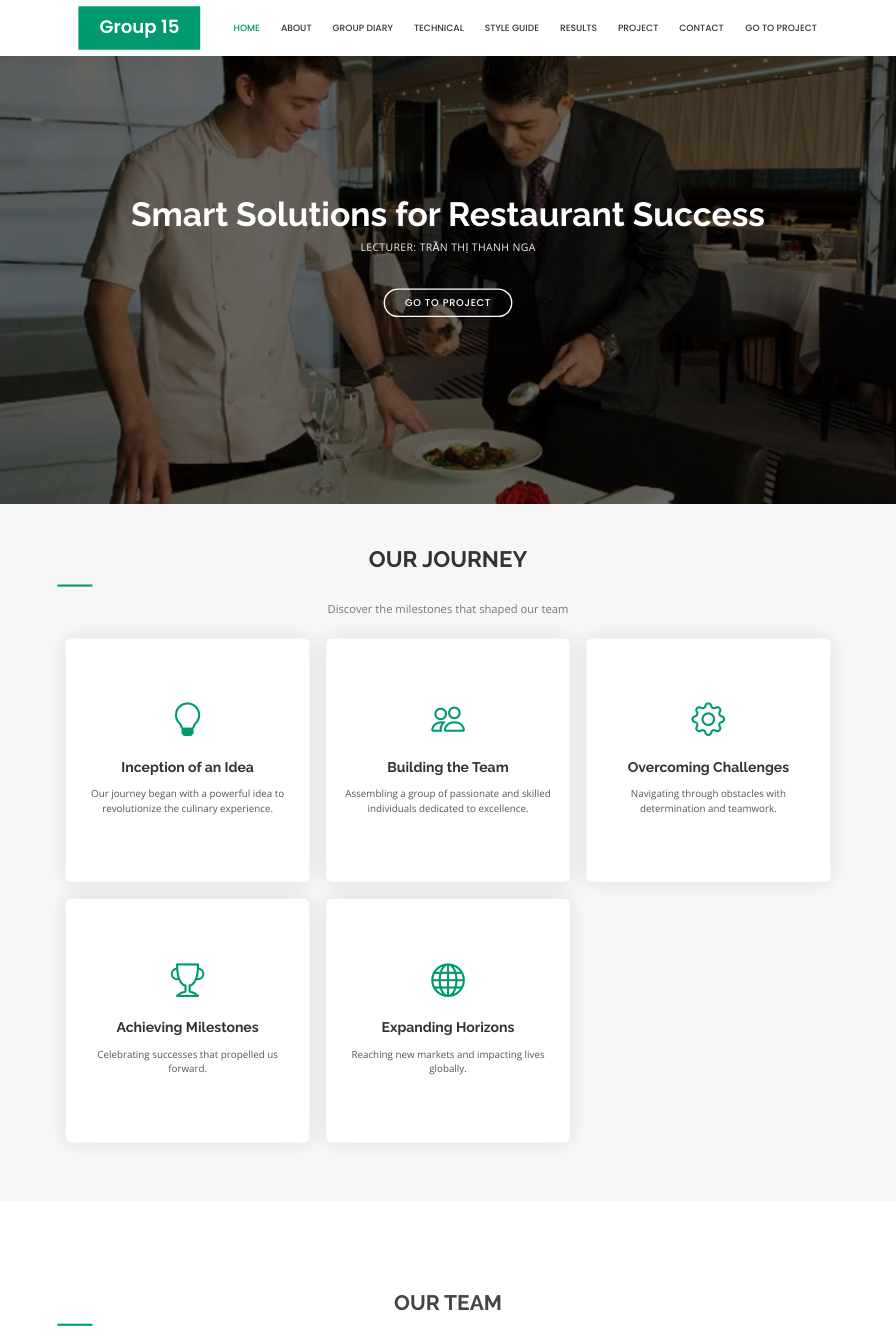
Repository: HoangKhangKhuPho4/Group_Web
Page: index.html
An editor plug-in stored every save of this project. The page is shown before and after the next save, followed by the edit.
The browser window is 1280 px wide. The pictures show the part of the page from y = 0 to 1920 px (the page is 2787 px tall), at 70% of full size.
Backgrounds fixed to the window are drawn as part of the page.

Above is the page before, as saved 2024-12-06 14:59:14.

### index.html
<!DOCTYPE html>
<html lang="en">
  <head>
    <!-- Google Tag Manager -->
    <script>
      (function (w, d, s, l, i) {
        w[l] = w[l] || [];
        w[l].push({ "gtm.start": new Date().getTime(), event: "gtm.js" });
        var f = d.getElementsByTagName(s)[0],
          j = d.createElement(s),
          dl = l != "dataLayer" ? "&l=" + l : "";
        j.async = true;
        j.src = "https://www.googletagmanager.com/gtm.js?id=" + i + dl;
        f.parentNode.insertBefore(j, f);
      })(window, document, "script", "dataLayer", "GTM-KP2R47JB");
    </script>
    <!-- End Google Tag Manager -->

    <meta
      name="google-site-verification"
      content="EO8Nf8U0RywdH3XDIGdBO9ayEUmYV3Sa4KyZ9BoOK-Y"
    />
    <meta charset="utf-8" />
    <meta content="width=device-width, initial-scale=1.0" name="viewport" />
    <meta
      name="google-site-verification"
      content="NlS1kOlcOLN_zi65x2N4-Xf35p3_Yhxgn-Sx0oEMzRE"
    />

    <title>Group 15</title>
    <meta content="" name="description" />
    <meta content="" name="keywords" />

    <!-- Favicons -->
    <link href="assets/img/favicon.png" rel="icon" />
    <link href="assets/img/apple-touch-icon.png" rel="apple-touch-icon" />

    <!-- Google Fonts -->
    <link
      href="https://fonts.googleapis.com/css?family=Open+Sans:300,300i,400,400i,600,600i,700,700i|Raleway:300,300i,400,400i,500,500i,600,600i,700,700i|Poppins:300,300i,400,400i,500,500i,600,600i"
      rel="stylesheet"
    />

    <!-- Vendor CSS Files -->
    <link href="assets/vendor/aos/aos.css" rel="stylesheet" />
    <link
      href="assets/vendor/bootstrap/css/bootstrap.min.css"
      rel="stylesheet"
    />
    <link
      href="assets/vendor/bootstrap-icons/bootstrap-icons.css"
      rel="stylesheet"
    />
    <link href="assets/vendor/boxicons/css/boxicons.min.css" rel="stylesheet" />
    <link
      href="assets/vendor/glightbox/css/glightbox.min.css"
      rel="stylesheet"
    />
    <link href="assets/vendor/remixicon/remixicon.css" rel="stylesheet" />
    <link href="assets/vendor/swiper/swiper-bundle.min.css" rel="stylesheet" />

    <!-- Template Main CSS File -->
    <link href="assets/css/style.css" rel="stylesheet" />

    <!-- Custom CSS -->
  </head>

  <body>
    <!-- Google Tag Manager (noscript) -->
    <noscript
      ><iframe
        src="https://www.googletagmanager.com/ns.html?id=GTM-KP2R47JB"
        height="0"
        width="0"
        style="display: none; visibility: hidden"
      ></iframe
    ></noscript>
    <!-- End Google Tag Manager (noscript) -->

    <!-- ======= Header ======= -->
    <header id="header" class="fixed-top d-flex align-items-center">
      <div class="container">
        <div
          class="header-container d-flex align-items-center justify-content-between"
        >
          <div class="logo">
            <h1 class="text-light">
              <a href="index.html"><span>Group 15</span></a>
            </h1>
          </div>

          <nav id="navbar" class="navbar">
            <ul>
              <li><a class="nav-link scrollto active" href="index.html">Home</a></li>
              <li><a class="nav-link scrollto" href="about.html">About</a></li>
              <li><a class="nav-link scrollto" href="groupDiary.html">Group Diary</a></li>
              <li><a class="nav-link scrollto" href="technical.html">Technical</a></li>
              <li><a class="nav-link scrollto" href="styleguide.html">Style Guide</a></li>
              <li><a class="nav-link scrollto" href="results.html">Results</a></li>
              <li><a class="nav-link scrollto" href="project.html">Project</a></li>
              <li><a class="nav-link scrollto" href="contact.html">Contact</a></li>
            </ul>
            <a href="https://hoangkhangkhupho4.github.io/Project_Web/" target="_blank" class="btn btn-green">Go To Project</a>
            <i class="bi bi-list mobile-nav-toggle"></i>
          </nav>

          <!-- .navbar -->
        </div>
        <!-- End Header Container -->
      </div>
    </header>
    <!-- End Header -->

    <!-- Bắt đầu phần nội dung chính -->
    <div class="content-wrap">
      <!-- ======= Hero Section ======= -->
      <section
        id="hero"
        class="d-flex align-items-center"
        style="padding-top: 80px"
      >
        <div
          class="container text-center position-relative"
          data-aos="fade-in"
          data-aos-delay="200"
        >
          <h1>Smart Solutions for Restaurant Success</h1>
          <h2>Lecturer: Trần Thị Thanh Nga</h2>
          <a
            href="https://hoangkhangkhupho4.github.io/Project_Web/"
            target="_blank"
            class="btn-get-started scrollto"
            >Go To Project</a
          >
        </div>
      </section>
      <!-- End Hero -->

      <main id="main">
        <!-- ======= Our Journey Section ======= -->
        <section id="our-team-story" class="our-team-story">
          <div class="container" data-aos="fade-up">
            <div class="section-title text-center">
              <h2>Our Journey</h2>
              <p>Discover the milestones that shaped our team</p>
            </div>

            <div class="story-container">
              <div class="row">
                <!-- Story Item 1 -->
                <div class="col-lg-4 col-md-6 mb-4">
                  <div
                    class="story-item"
                    data-aos="fade-up"
                    data-aos-delay="100"
                  >
                    <div class="icon-box">
                      <div class="icon">
                        <i class="bi bi-lightbulb"></i>
                      </div>
                      <h4 class="title">Inception of an Idea</h4>
                      <p class="description">
                        Our journey began with a powerful idea to revolutionize
                        the culinary experience.
                      </p>
                    </div>
                  </div>
                </div>

                <!-- Story Item 2 -->
                <div class="col-lg-4 col-md-6 mb-4">
                  <div
                    class="story-item"
                    data-aos="fade-up"
                    data-aos-delay="200"
                  >
                    <div class="icon-box">
                      <div class="icon">
                        <i class="bi bi-people"></i>
                      </div>
                      <h4 class="title">Building the Team</h4>
                      <p class="description">
                        Assembling a group of passionate and skilled individuals
                        dedicated to excellence.
                      </p>
                    </div>
                  </div>
                </div>

                <!-- Story Item 3 -->
                <div class="col-lg-4 col-md-6 mb-4">
                  <div
                    class="story-item"
                    data-aos="fade-up"
                    data-aos-delay="300"
                  >
                    <div class="icon-box">
                      <div class="icon">
                        <i class="bi bi-gear"></i>
                      </div>
                      <h4 class="title">Overcoming Challenges</h4>
                      <p class="description">
                        Navigating through obstacles with determination and
                        teamwork.
                      </p>
                    </div>
                  </div>
                </div>

                <!-- Story Item 4 -->
                <div class="col-lg-4 col-md-6 mb-4">
                  <div
                    class="story-item"
                    data-aos="fade-up"
                    data-aos-delay="400"
                  >
                    <div class="icon-box">
                      <div class="icon">
                        <i class="bi bi-trophy"></i>
                      </div>
                      <h4 class="title">Achieving Milestones</h4>
                      <p class="description">
                        Celebrating successes that propelled us forward.
                      </p>
                    </div>
                  </div>
                </div>

                <!-- Story Item 5 -->
                <div class="col-lg-4 col-md-6 mb-4">
                  <div
                    class="story-item"
                    data-aos="fade-up"
                    data-aos-delay="500"
                  >
                    <div class="icon-box">
                      <div class="icon">
                        <i class="bi bi-globe"></i>
                      </div>
                      <h4 class="title">Expanding Horizons</h4>
                      <p class="description">
                        Reaching new markets and impacting lives globally.
                      </p>
                    </div>
                  </div>
                </div>
              </div>
            </div>
          </div>
        </section>
        <!-- End Our Journey Section -->

        <!-- ======= Our Team Section ======= -->
        <section
          id="portfolio-details"
          class="portfolio-details"
          style="margin-top: 4%"
        >
          <div class="container">
            <div class="section-title text-center">
              <h2 style="font-size: 30px; padding: 15px 30px">
                <b>OUR TEAM</b>
              </h2>
            </div>

            <div class="row gy-4">
              <div class="col-lg-6">
                <div class="portfolio-details-slider swiper">
                  <div class="swiper-wrapper align-items-center">
                    <div class="swiper-slide">
                      <img
                        src="assets/img/portfolio/portfolio-details-1.jpg"
                        alt=""
                      />
                    </div>

                    <div class="swiper-slide">
                      <img
                        src="assets/img/portfolio/portfolio-details-2.jpg"
                        alt=""
                      />
                    </div>

                    <div class="swiper-slide">
                      <img
                        src="assets/img/portfolio/portfolio-details-3.jpg"
                        alt=""
                      />
                    </div>
                  </div>
                  <div class="swiper-pagination"></div>
                </div>
              </div>

              <div class="col-lg-6">
                <div class="portfolio-info">
                  <h3>Group Information</h3>
                  <ul>
                    <li><strong>Group Name</strong>: Group 15</li>
                    <li><strong>Number of Members</strong>: 5 members</li>
                    <li>
                      <strong>Specialization</strong>: information technology -
                      IT
                    </li>
                    <li>
                      <strong>University</strong>: Ho Chi Minh City University
                      of Agriculture and Forestry.
                    </li>
                    <li>
                      <strong>Slogan</strong>: "Together we innovate, together
                      we succeed."
                    </li>
                  </ul>
                </div>
              </div>
            </div>
          </div>
        </section>
        <!-- End Our Team Section -->
      </main>
      <!-- End #main -->
    </div>
    <!-- Kết thúc phần nội dung chính -->

    <!-- ======= Footer ======= -->
    <footer id="footer">
      <!-- ... (giữ nguyên nội dung footer) ... -->
      <div class="footer-container">
        <div class="footer-column">
          <h4>About Us</h4>
          <p>
            We are a team of passionate individuals dedicated to delivering the
            best services to our clients. Our mission is to provide innovative
            solutions and exceptional customer service.
          </p>
        </div>
        <div class="footer-column">
          <h4>Useful Links</h4>
          <ul>
            <li><a href="index.html">Home</a></li>
            <li><a href="about.html">About Us</a></li>
            <li><a href="services.html">Services</a></li>
            <li><a href="terms.html">Terms of Service</a></li>
            <li><a href="privacy.html">Privacy Policy</a></li>
          </ul>
        </div>
        <div class="footer-column">
          <h4>Services</h4>
          <ul>
            <li><a href="#">Web Design</a></li>
            <li><a href="#">Web Development</a></li>
            <li><a href="#">Marketing</a></li>
            <li><a href="#">Graphic Design</a></li>
            <li><a href="#">Technical Support</a></li>
          </ul>
        </div>
        <div class="footer-column">
          <h4>Contact Us</h4>
          <p>
            123 ABC Street, XYZ District<br />
            City, Country<br />
            Phone: +84 123 456 789<br />
            Email: info@example.com
          </p>
        </div>
      </div>
      <div class="footer-bottom">
        <div class="container d-md-flex py-4">
          <div class="me-md-auto text-center text-md-start">
            <div class="copyright">
              &copy; Copyright <strong><span>Group 15</span></strong
              >. All Rights Reserved
            </div>
            <div class="credits">Designed by <a href="#">Group 15</a></div>
          </div>
          <div class="social-links text-center text-md-right pt-3 pt-md-0">
            <a href="#" class="twitter" title="Twitter"
              ><i class="bx bxl-twitter"></i
            ></a>
            <a href="#" class="facebook" title="Facebook"
              ><i class="bx bxl-facebook"></i
            ></a>
            <a href="#" class="instagram" title="Instagram"
              ><i class="bx bxl-instagram"></i
            ></a>
            <a href="#" class="google-plus" title="Skype"
              ><i class="bx bxl-skype"></i
            ></a>
            <a href="#" class="linkedin" title="LinkedIn"
              ><i class="bx bxl-linkedin"></i
            ></a>
          </div>
        </div>
      </div>
    </footer>
    <!-- End Footer -->

    <!-- Back to Top -->
    <a
      href="#"
      class="back-to-top d-flex align-items-center justify-content-center"
      ><i class="bi bi-arrow-up-short"></i
    ></a>

    <!-- Vendor JS Files -->
    <script src="assets/vendor/aos/aos.js"></script>
    <script src="assets/vendor/bootstrap/js/bootstrap.bundle.min.js"></script>
    <script src="assets/vendor/purecounter/purecounter.js"></script>
    <script src="assets/vendor/glightbox/js/glightbox.min.js"></script>
    <script src="assets/vendor/isotope-layout/isotope.pkgd.min.js"></script>
    <script src="assets/vendor/swiper/swiper-bundle.min.js"></script>
    <!-- Template Main JS File -->
    <script src="assets/js/main.js"></script>

    <!-- Initialize AOS -->
    <script>
      AOS.init({
        duration: 1000,
        once: true,
      });
    </script>
  </body>
</html>

Loaded but not shown: assets/vendor/aos/aos.css (library); assets/vendor/bootstrap/css/bootstrap.min.css (library); assets/vendor/bootstrap-icons/bootstrap-icons.css (library); assets/vendor/boxicons/css/boxicons.min.css (library); assets/vendor/glightbox/css/glightbox.min.css (library); assets/vendor/remixicon/remixicon.css (library); assets/vendor/swiper/swiper-bundle.min.css (library); assets/vendor/aos/aos.js (library); assets/vendor/bootstrap/js/bootstrap.bundle.min.js (library); assets/vendor/purecounter/purecounter.js (library); assets/vendor/glightbox/js/glightbox.min.js (library); assets/vendor/isotope-layout/isotope.pkgd.min.js (library); assets/vendor/swiper/swiper-bundle.min.js (library); assets/js/main.js (252 lines, source omitted); assets/css/style.css (830 lines, source omitted)

After the next save:
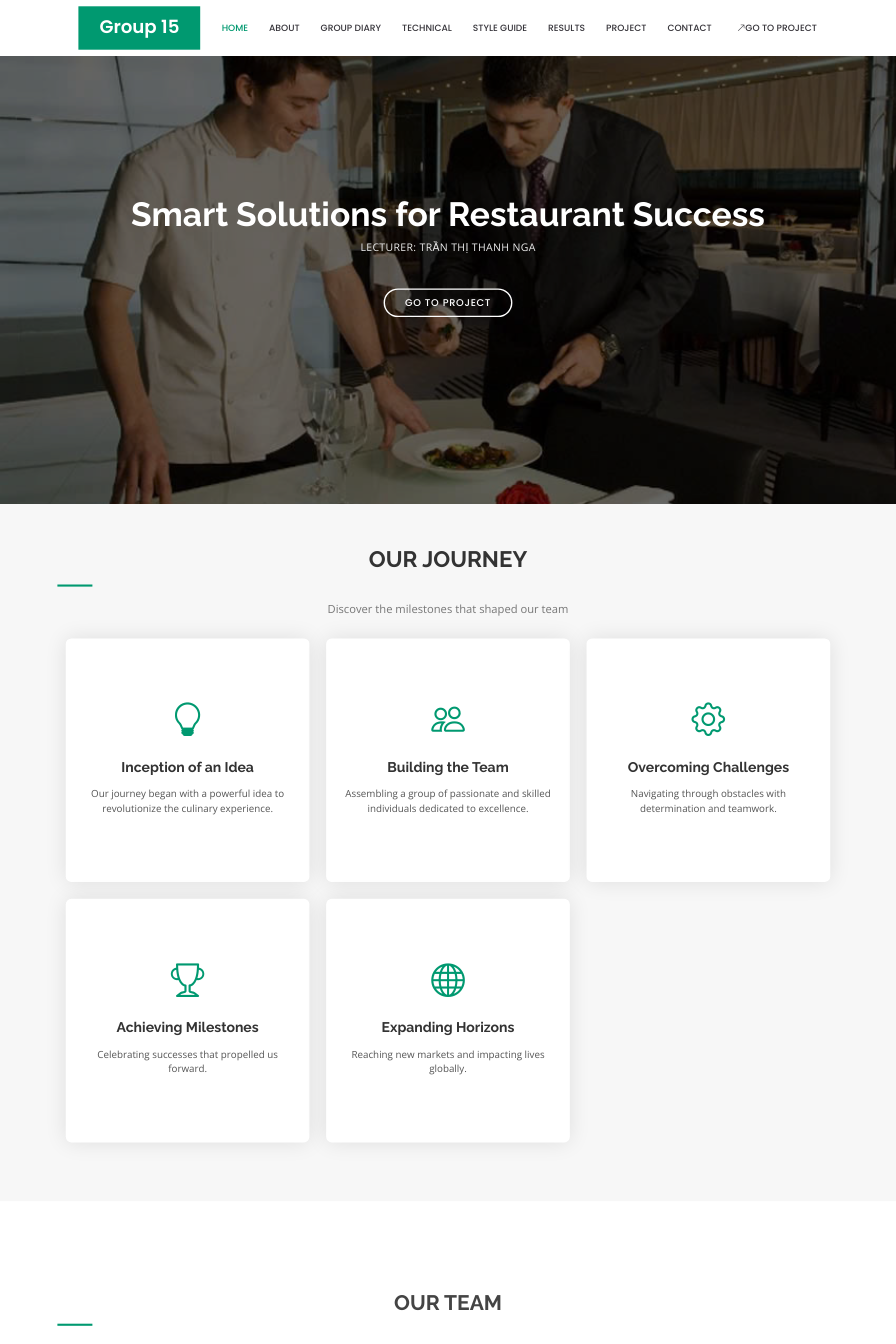
Saved 95 s later.
--- a/index.html
+++ b/index.html
@@ -100,8 +100,10 @@
               <li><a class="nav-link scrollto" href="project.html">Project</a></li>
               <li><a class="nav-link scrollto" href="contact.html">Contact</a></li>
             </ul>
-            <a href="https://hoangkhangkhupho4.github.io/Project_Web/" target="_blank" class="btn btn-green">Go To Project</a>
-            <i class="bi bi-list mobile-nav-toggle"></i>
+            <a href="https://hoangkhangkhupho4.github.io/Project_Web/" target="_blank" class="btn btn-green">
+              <i class="bi bi-arrow-up-right"></i> Go To Project
+            </a>
+                        <i class="bi bi-list mobile-nav-toggle"></i>
           </nav>
 
           <!-- .navbar -->

After the save that followed:
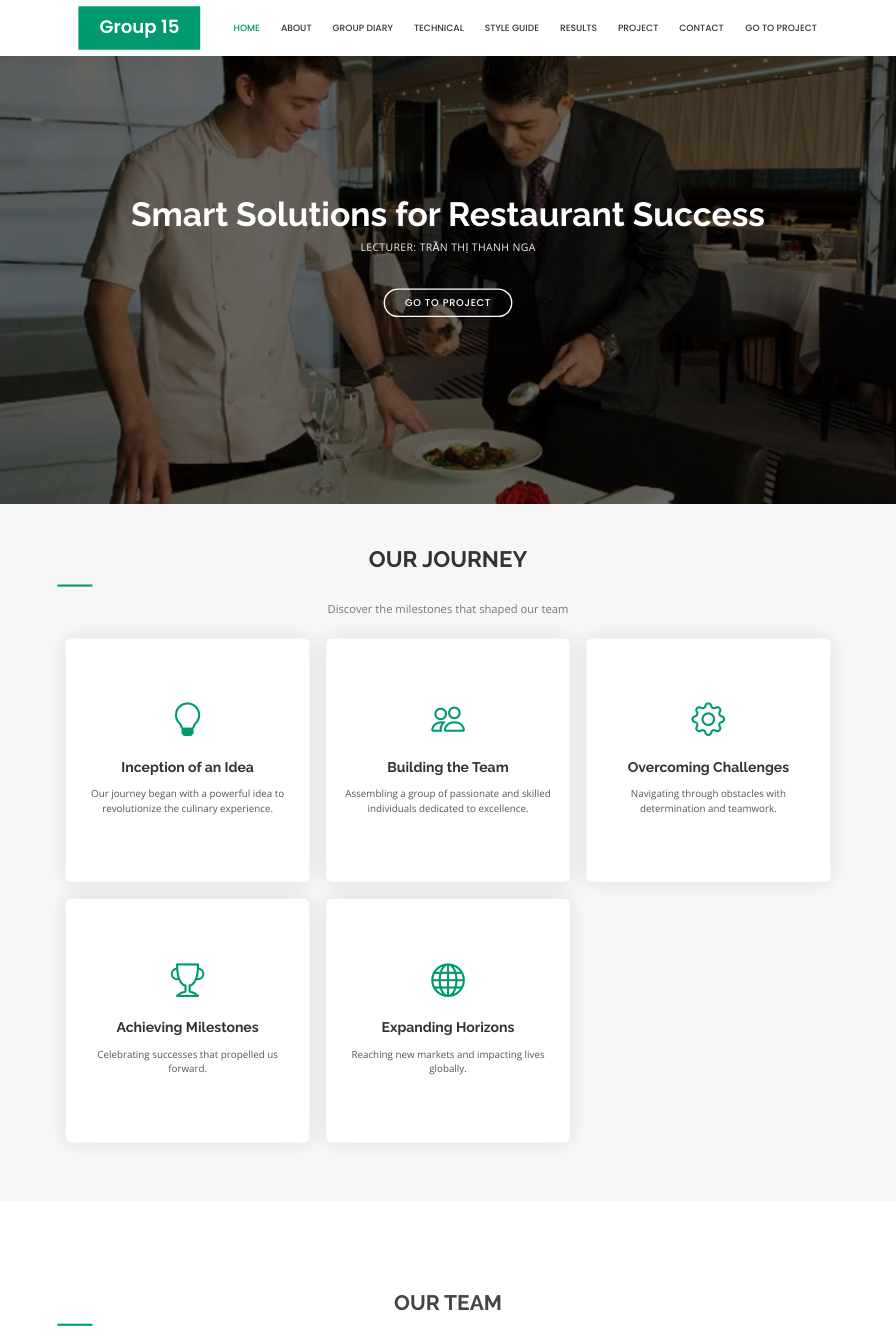
Saved 17 s later.
--- a/index.html
+++ b/index.html
@@ -100,10 +100,7 @@
               <li><a class="nav-link scrollto" href="project.html">Project</a></li>
               <li><a class="nav-link scrollto" href="contact.html">Contact</a></li>
             </ul>
-            <a href="https://hoangkhangkhupho4.github.io/Project_Web/" target="_blank" class="btn btn-green">
-              <i class="bi bi-arrow-up-right"></i> Go To Project
-            </a>
-                        <i class="bi bi-list mobile-nav-toggle"></i>
+            <a href="https://hoangkhangkhupho4.github.io/Project_Web/" target="_blank" class="btn btn-green">Go To Project</a>
           </nav>
 
           <!-- .navbar -->
